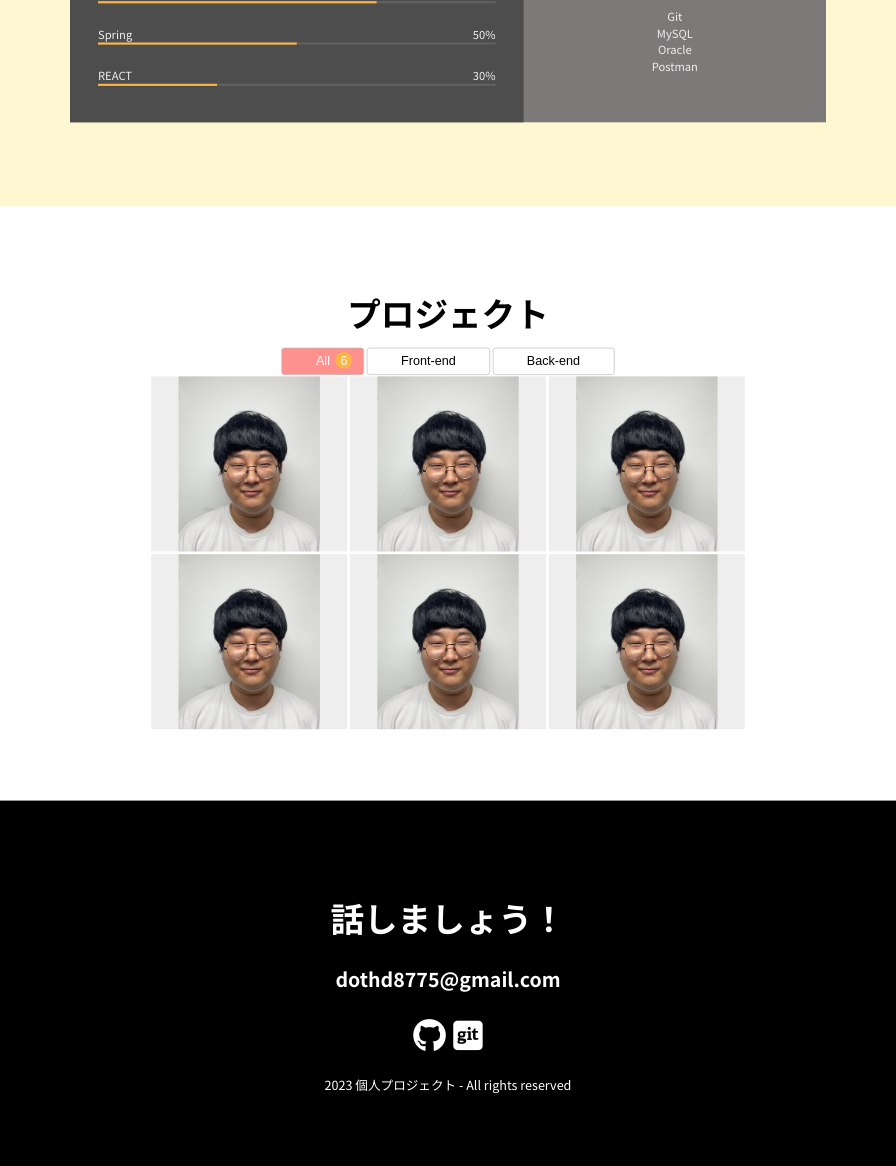
Repository: N1C0N1C0/website_introduction
Page: index.html
The author's editor kept a copy of each file at every save. The page is drawn from the files as they stood at one save, then again after the next save.
The browser window is 1280 px wide. The pictures show the part of the page from y = 2114 to 4034 px (the page is 3780 px tall before and 4034 px after), at 70% of full size.
Some web libraries are served in a nearby version.

Above is the page before, as saved 2023-08-29 03:23:16.

After the next save:
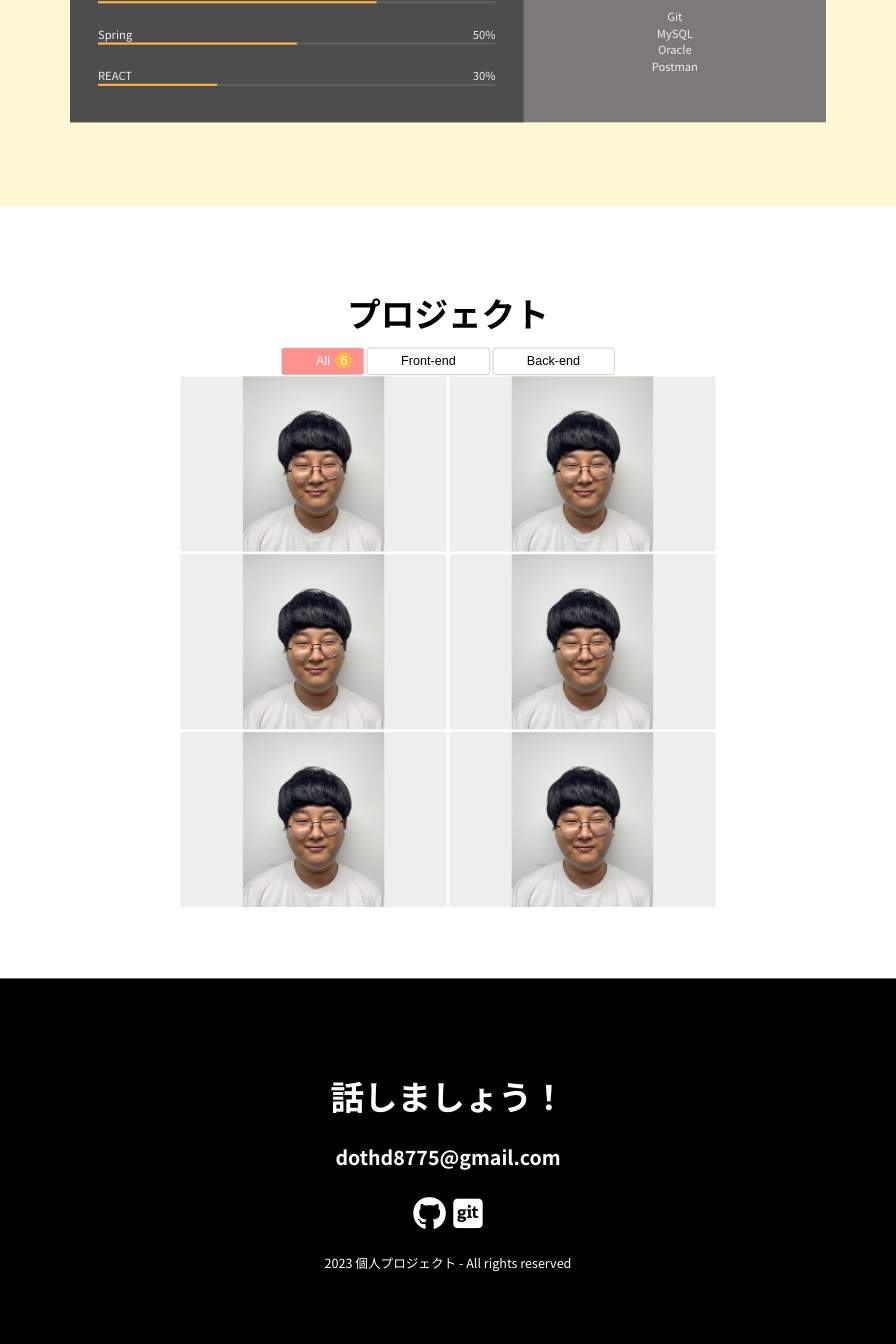
Saved 3 min 24 s later.
--- a/style.css
+++ b/style.css
@@ -366,7 +366,7 @@ p {
     display: flex;
     flex-direction: column;
     justify-content: center;
-    width: 280px;
+    width: 380px;
     height: 250px;
     margin: 2px;
     background-color: var(--color-light-white);
